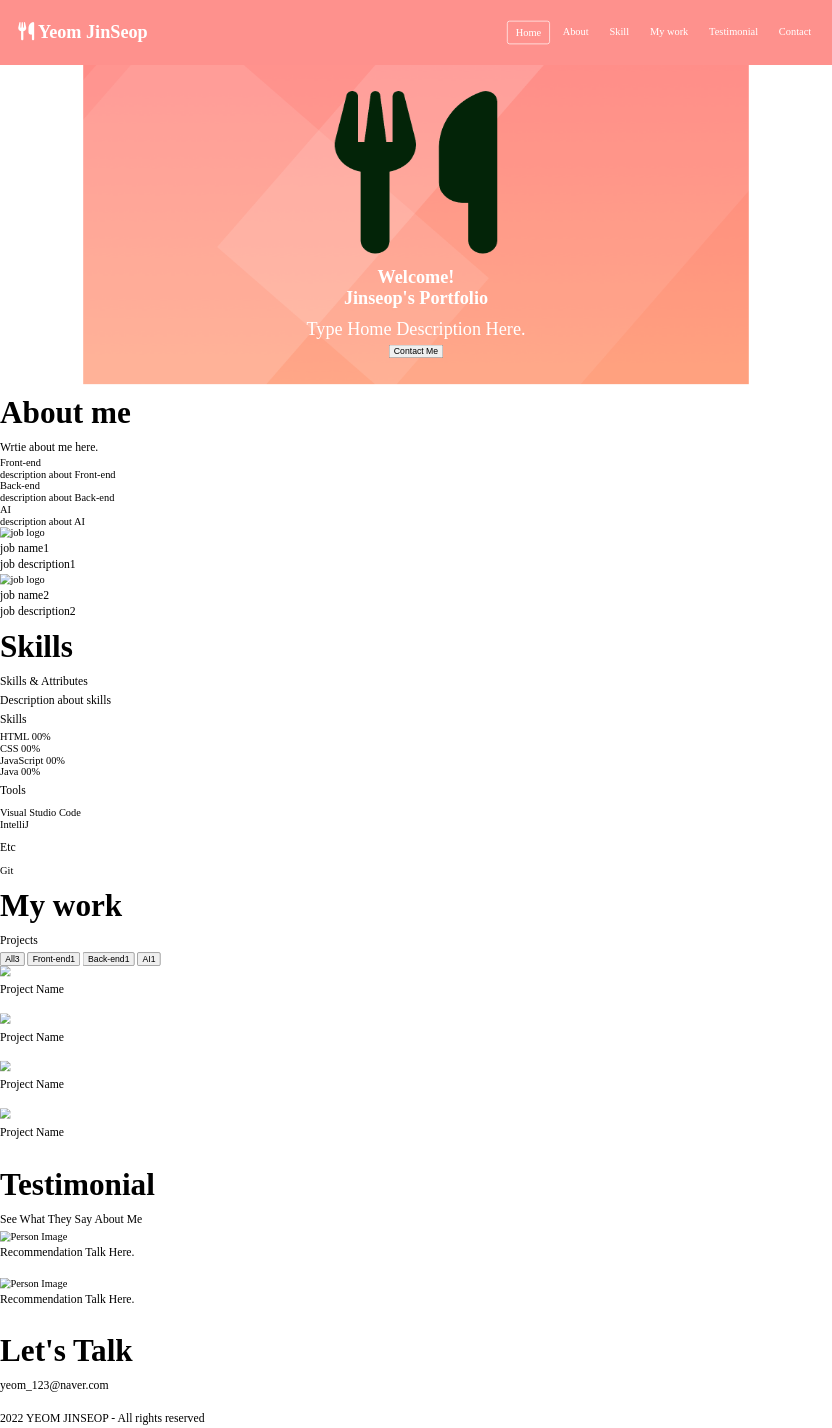
Repository: YEOMJINSEOP/yeomjinseop.github.io
Page: index.html
An editor plug-in stored every save of this project. The page is shown before and after the next save, followed by the edit.
The browser window is 1280 px wide. The pictures show the whole page, at 65% of full size.
Some web libraries are served in a nearby version.

Above is the page before, as saved 2022-08-14 11:44:45.

### index.html
<!DOCTYPE html>
<html lang="en">
<head>
  <meta charset="UTF-8">
  <meta http-equiv="X-UA-Compatible" content="IE=edge">
  <meta name="viewport" content="width=device-width, initial-scale=1.0">
  <title>Jinseop's Portfolio</title>
  <meta name="author" content="Jinseop Yeom">
  <meta name="description" content="Portfolio Website For Jinseop Yeom">

  <!--Logo Image-->
  <link rel="icon" type="image/png" href="images/favicon.png">


  <!--Font Awesome-->
  <script src="https://kit.fontawesome.com/d24b25bb21.js" crossorigin="anonymous"></script>

  <!--Google Fonts-->
  <link rel="preconnect" href="https://fonts.googleapis.com">
  <link rel="preconnect" href="https://fonts.gstatic.com" crossorigin>
  <link href="https://fonts.googleapis.com/css2?family=Open+Sans:wght@400;600;700&display=swap" rel="stylesheet">

  <!--CSS-->
  <link rel="stylesheet" href="style.css">

  <!--JavaScript-->
  <script src="main.js" defer></script>

</head>
<body>
  <!--Navbar-->
  <nav id="navbar">
    <div class="navbar__logo">
      <i class="fa-solid fa-utensils"></i>
      <a href="#">Yeom JinSeop</a>
    </div>
    <div>
      <ul class="navbar__menu">
        <li class="navbar__menu__item active">Home</li>
        <li class="navbar__menu__item">About</li>
        <li class="navbar__menu__item">Skill</li>
        <li class="navbar__menu__item">My work</li>
        <li class="navbar__menu__item">Testimonial</li>
        <li class="navbar__menu__item">Contact</li>
      </ul>
    </div>
  </nav>

  <!-- Home -->
  <section id="home">
    <img src="/images/favicon.png" alt="Jinseop's image" class="home__avatar">
    <h1 class="home__title">Welcome! <br/> Jinseop's Portfolio</h1>
    <h3 class="home__description">Type Home Description Here.</h3>
    <button class="home__button">Contact Me</button>
  </section>

  <!--About-->
  <section id="about">
    <h1>About me</h1>
    <p>Wrtie about me here.</p>
    <div class="about__majors">
      <div class="major">
        <div class="major__icon">

        </div>
        <div class="major__title">
          Front-end
        </div>
        <div class="major__description">
          description about Front-end
        </div>
      </div>
    </div>
    <div class="about__majors">
      <div class="major">
        <div class="major__icon">

        </div>
        <div class="major__title">
          Back-end
        </div>
        <div class="major__description">
          description about Back-end
        </div>
      </div>
    </div>
    <div class="about__majors">
      <div class="major">
        <div class="major__icon">

        </div>
        <div class="major__title">
          AI
        </div>
        <div class="major__description">
          description about AI
        </div>
      </div>
    </div>
    <div class="about__jobs">
      <div class="job">
        <img src="" alt="job logo" class="job__logo">
        <p class="job__name">job name1</p>
        <p class="job__description">job description1</p>
      </div>
      <div class="job">
        <img src="" alt="job logo" class="job__logo">
        <p class="job__name">job name2</p>
        <p class="job__description">job description2</p>
      </div>
    </div>
  </section>

  <!--Skills-->
  <section id="skills">
    <h1>Skills</h1>
    <h3>Skills & Attributes</h3>
    <p>Description about skills</p>
    <div class="skillset">
      <div class="skillset__left">
        <h3 class="skillset__title">Skills</h3>
        <div class="skill">
          <div class="skill_description">
            <span>HTML</span>
            <span>00%</span>
          </div>

          <div class="skill__bar">
            <div class="skill__value"></div>
          </div>
        </div>

        <div class="skill">
          <div class="skill_description">
            <span>CSS</span>
            <span>00%</span>
          </div>

          <div class="skill__bar">
            <div class="skill__value"></div>
          </div>

          <div class="skill">
            <div class="skill_description">
              <span>JavaScript</span>
              <span>00%</span>
            </div>

            <div class="skill__bar">
              <div class="skill__value"></div>
            </div>
          </div>
        </div>

        <div class="skill">
          <div class="skill_description">
            <span>Java</span>
            <span>00%</span>
          </div>

          <div class="skill__bar">
            <div class="skill__value"></div>
          </div>
        </div>
      </div>
      <div class="skillset_right">
        <div class="tools">
          <h3 class="skillset__title">Tools</h3>
          <ul class="tools_list">
            <li><span>Visual Studio Code</span></li>
            <li><span>IntelliJ</span></li>
          </ul>
        </div>

        <div class="etc">
          <h3 class="skillset__title">Etc</h3>
          <ul class="etc__list">
            <li><span>Git</span></li>
          </ul>
        </div>

      </div>
    </div>
  </section>

  <!--Work-->
  <section id="work">
    <h1>My work</h1>
    <h3>Projects</h3>
    <div class="work__categories">
      <button class="category__btn">All<span class="category__count">3</span></button>
      <button class="category__btn">Front-end<span class="category__count">1</span></button>
      <button class="category__btn">Back-end<span class="category__count">1</span></button>
      <button class="category__btn">AI<span class="category__count">1</span></button>
    </div>

    <div class="work__projects">
      <a href="#" class="project" target="blank">
        <img src="" alt="project image" class="project__image">
        <div class="project__description">
          <h3>Project Name</h3>
          <span>Description about Project</span>
        </div>
      </a>

      <a href="#" class="project" target="blank">
        <img src="" alt="project image" class="project__image">
        <div class="project__description">
          <h3>Project Name</h3>
          <span>Description about Project</span>
        </div>
      </a>

      <a href="#" class="project" target="blank">
        <img src="" alt="project image" class="project__image">
        <div class="project__description">
          <h3>Project Name</h3>
          <span>Description about Project</span>
        </div>
      </a>

      <a href="#" class="project" target="blank">
        <img src="" alt="project image" class="project__image">
        <div class="project__description">
          <h3>Project Name</h3>
          <span>Description about Project</span>
        </div>
      </a>
    </div>
  </section>

  <!--Testimonial-->
  <section id="testimonial">
    <h1>Testimonial</h1>
    <h3>See What They Say About Me</h3>
    <div class="testimonials">
      <div class="testimonial">
        <img src="" alt="Person Image" class="testimonial__avatar">
        <div class="testimonial__speech_bubble">
          <p>Recommendation Talk Here.</p>
          <p class="name"><a href="#">Professor A</a></p>
        </div>
      </div>

      <div class="testimonial">
        <img src="" alt="Person Image" class="testimonial__avatar">
        <div class="testimonial__speech_bubble">
          <p>Recommendation Talk Here.</p>
          <p class="name"><a href="#">Professor A</a></p>
        </div>
      </div>
    </div>
  </section>

  <!--Contact-->
  <section id="contact">
    <h1>Let's Talk</h1>
    <h3>yeom_123@naver.com</h3>
    <div class="contact_links">
      <a href="#" target="blank">
        <i class = "fab fa-github"></i>
      </a>

      <a href="#" target="blank">
        <i class = "fa fa-linkedin-square"></i>
      </a>
    </div>
    <p class="contact_rights">
      2022 YEOM JINSEOP - All rights reserved
    </p>
  </section>
</body>
</html>

### style.css
 /* Global */

 :root{
  /* Color */
  --color-white: #ffffff;
  --color-light-white: #eeeeee;
  --color-dark-whtie: #bdbdbd;
  --color-pink: #fe918d;
  --color-dark-pink: #ff6863;
  --color-black: #4d4d4d;
  --color-grey: #616161;
  --color-light-gray: #7c7979;
  --color-blue: #73aace;
  --color-yellow: #fff7d1;
  --color-orange: #feb546;
  --color-black: #000000;

  /* Font size */
  --font-large: 48px;
  --font-medium: 28px;
  --font-regular: 18px;
  --font-small: 16px;
  --font-micro: 14px;


  /* Font Weight */
  --weight-bold: 700;
  --weight-semi-bold: 600;
  --weight-regular: 400;

  /* Size */
  --size-border-radius: 4px;

 }

 /* Universal tages */
 * {
  box-sizing: border-box;
 }

 body{
  margin: 0;
  font-family:'Gill Sans', 'Gill Sans MT', Calibri, 'Trebuchet MS', sans-serif
  cursor: default;
}

 a{
  text-decoration: none;
  color: var(--color-white);
 }

 ul{
  list-style: none;
  padding-left: 0;
 }



 /* Typography */

 h1{
  font-size: var(--font-large);
  font-weight: var(--weight-bold);
  color: var(--color-black);
  margin: 16px 0;
 }

 h2{
  font-size: var(--font-medium);
  font-weight: var(--weight-semi-bold);
  color: var(--color-black);
  margin: 8px 0;
 }

 h3{
  font-size: var(--font-regular);
  font-weight: var(--weight-regular);
  color: var(--color-black);
  margin: 8px 0;
 }

 p{
  font-size: var(--font-regular);
  font-weight:  var(--font-regular);
  color: var(--color-black);
  margin: 4px 0;
 }

 /* Body  */

 /* Nav */
 #navbar{
  display: flex;
  justify-content: space-between;
  align-items: center;
  background-color: var(--color-pink);
  color: var(--color-white);
  padding: 16px;
 }

 .navbar__logo{
  font-size: var(--font-medium);
  font-weight: var(--weight-semi-bold);
  padding: 8px 12px;
 }

 .navbar__menu{
  display: flex;
  font-size: var(--font-small);
  font-weight: var(--weight-regular);
 }

 .navbar__menu__item.active{
  border: 1px solid white;
 }

 .navbar__menu__item{
  padding: 8px 12px;
  margin: 0 4px;
  border-radius: var(--size-border-radius);
  cursor: pointer;
 }

 .navbar__menu__item:hover{
  background-color: var(--color-dark-pink);
 }

 /* Home */

 #home{
  background-image: url('/images/homebackground.png');
  background-position: center;
  background-repeat: no-repeat;
  padding: 40px;
  text-align: center;
 }

 .home__avatar{

  width: 250px;
  height: 250px;
 }

 .home__title,
 .home__description{
  font-size: var(--font-medium);
  color: var(--color-white);
 }

Loaded but not shown: main.js (no copy from this time; the picture is the same without it)

After the next save:
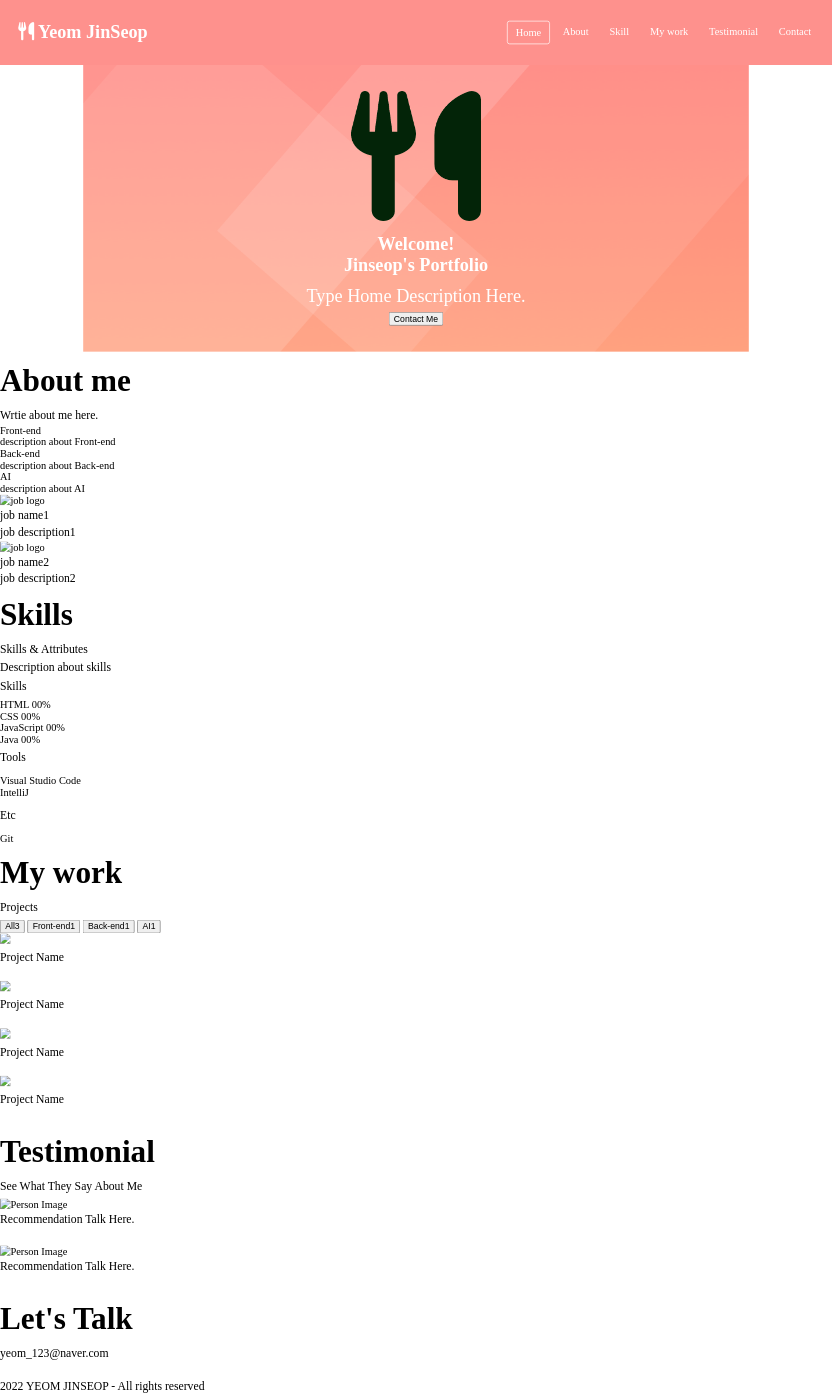
Saved 16 s later.
--- a/style.css
+++ b/style.css
@@ -137,8 +137,8 @@
 
  .home__avatar{
 
-  width: 250px;
-  height: 250px;
+  width: 200px;
+  height: 200px;
  }
 
  .home__title,
